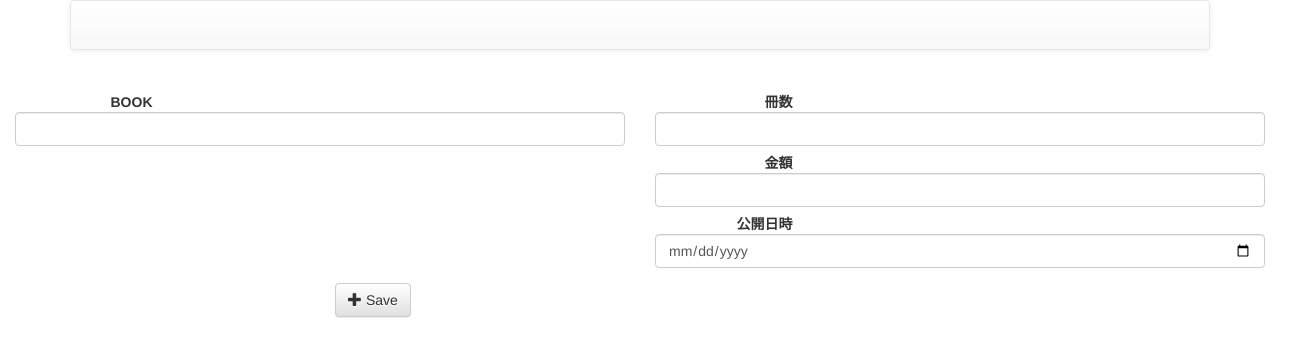
Repository: aoitele/kadai11
Page: http://localhost/
The author's editor kept a record of every edit. The page is drawn from the files as they stood at one moment, then again after the next edit.
The browser window is 1280 px wide. The page is 1280 px wide, then 1295 px, so the pictures cover 1295 px, including what lies to the right of the window. The pictures show the whole page.
The page is served by the project's Laravel application, run on PHP 8.4 with Laravel 8. Queries for data that is not in the repository find no rows.

Above is the page before.
Console error (its wording comes from the project's code and is left out).

After the next edit:
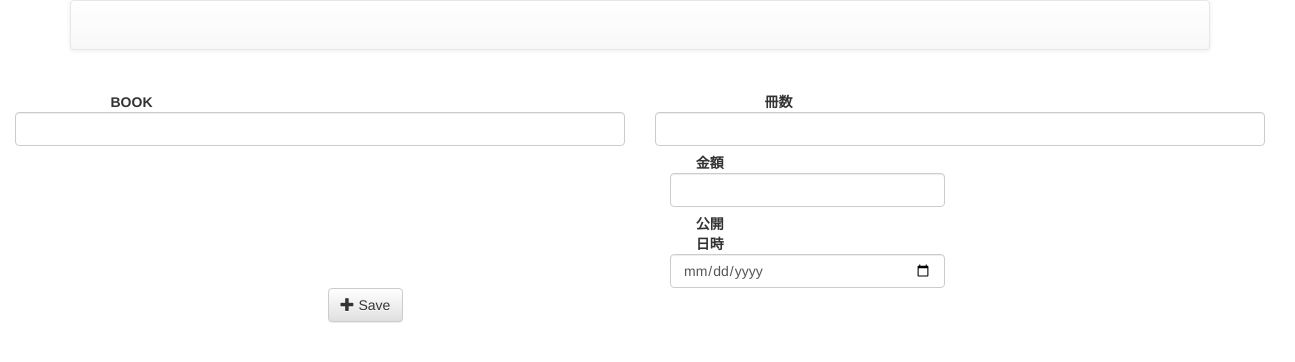
The edit:
--- a/workspace/cms/resources/views/books.blade.php
+++ b/workspace/cms/resources/views/books.blade.php
@@ -24,6 +24,7 @@
 
                     <label for="book" class="col-sm-3 control-label">冊数</label>
                     <input type="number" name="item_number" id="book-number"class="form-control">
+                                 <div class="col-sm-6">
 
                   <label for="book" class="col-sm-3 control-label">金額</label>
                     <input type="text" name="item_amount" id="book-amount"class="form-control">
